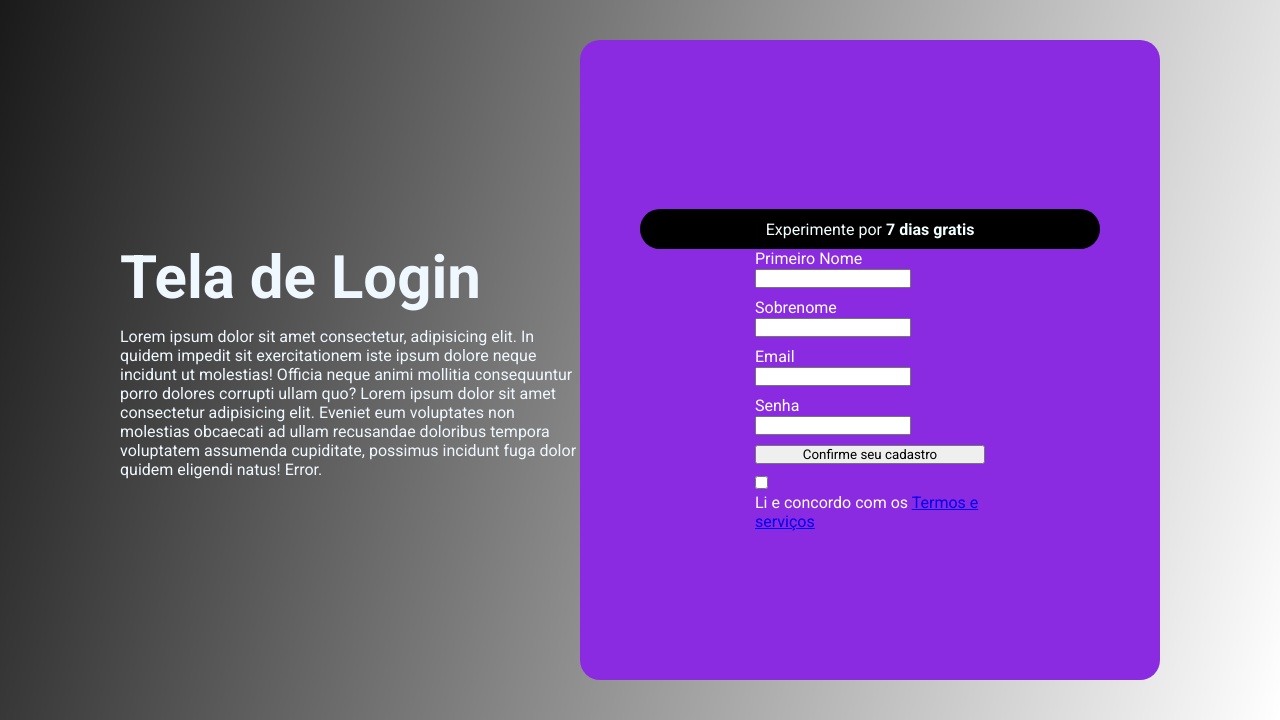
Repository: gimoli/tela-login
Page: index.html
An editor plug-in stored every save of this project. The page is shown before and after the next save, followed by the edit.
The browser window is 1280 px wide. The pictures show the whole page.

Above is the page before, as saved 2025-04-16 22:15:46.

After the next save:
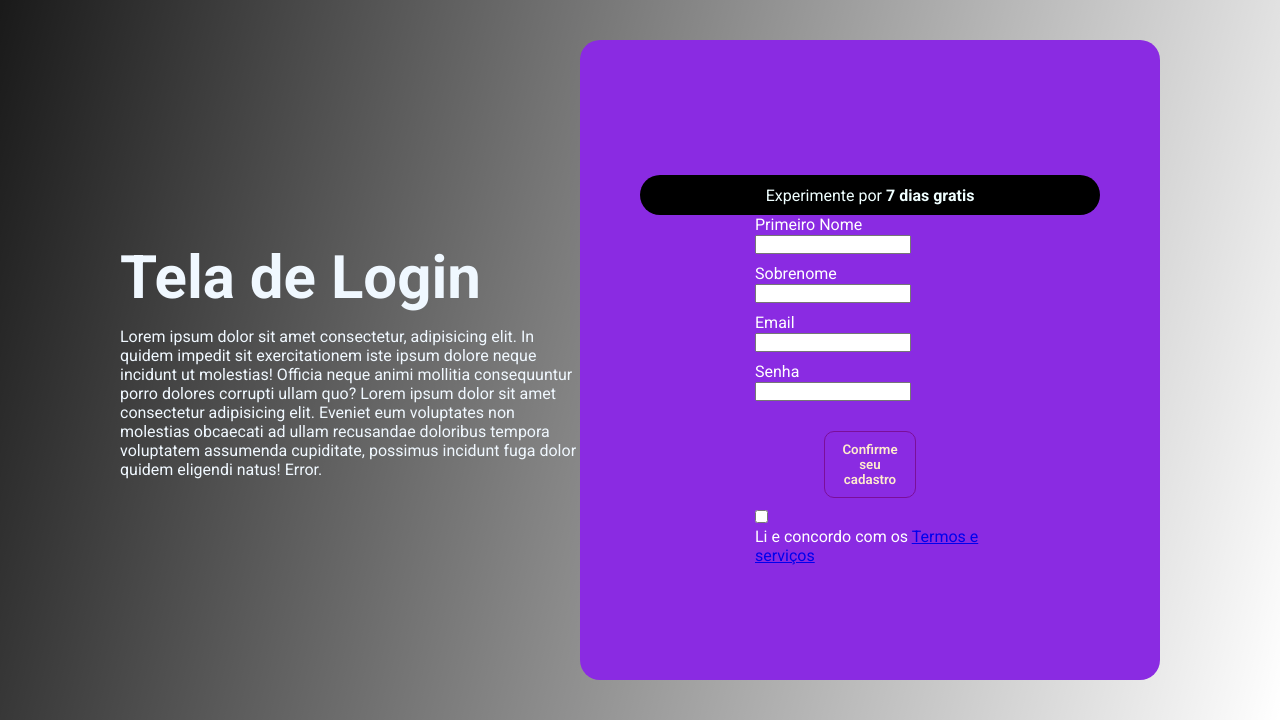
Saved 10 s later.
--- a/style.css
+++ b/style.css
@@ -95,7 +95,6 @@
     gap: 10px;
 }
 
-.forms
 .forms button{
     cursor: pointer;
     margin-top: 20px;

After the 2 saves that followed:
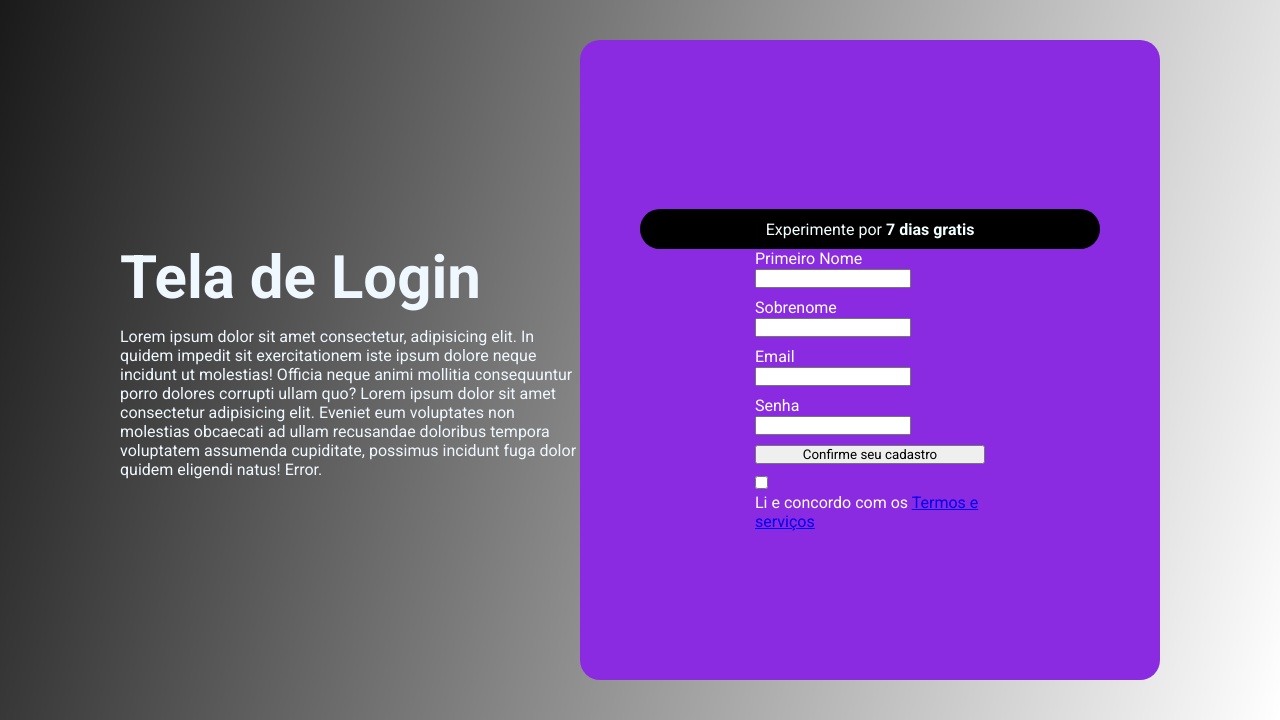
The 2 saves are shown as one change because they came seconds apart.
The last was saved 6 s later.
--- a/style.css
+++ b/style.css
@@ -95,6 +95,7 @@
     gap: 10px;
 }
 
+.forms
 .forms button{
     cursor: pointer;
     margin-top: 20px;
